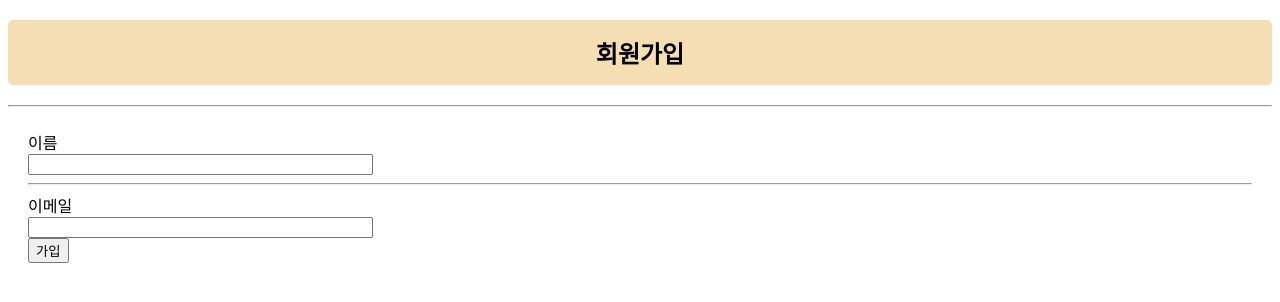
Repository: Hiron-Musk/JSP_ex
Page: jwbook/src/main/webapp/ch03/reform.html
These files come from the project's save history. The page is drawn as it stood at one moment and after the next save; the edit follows.
The browser window is 1280 px wide. The pictures show the whole page.

Above is the page before, as saved 2024-03-08 05:30:26.

After the next save:
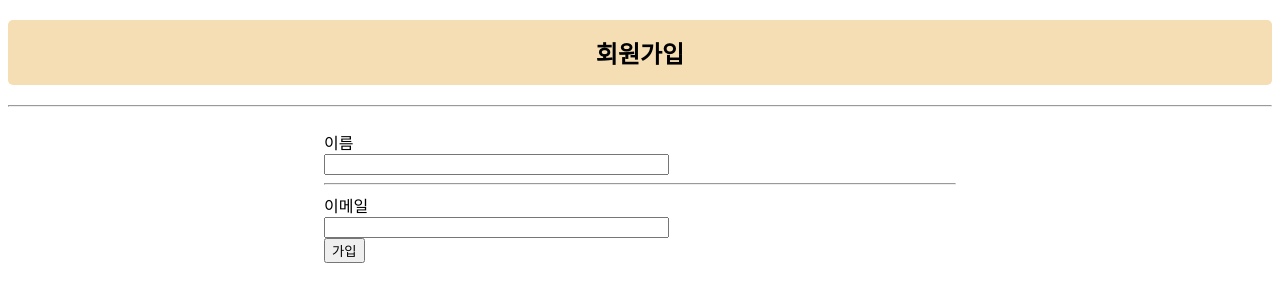
Saved 8 s later.
--- a/jwbook/src/main/webapp/ch03/reform.html
+++ b/jwbook/src/main/webapp/ch03/reform.html
@@ -14,6 +14,7 @@
 				padding:15px 20px;
 				border-radius: 10px;
 				margin:auto;
+				width:50%;
 
 			}
 
